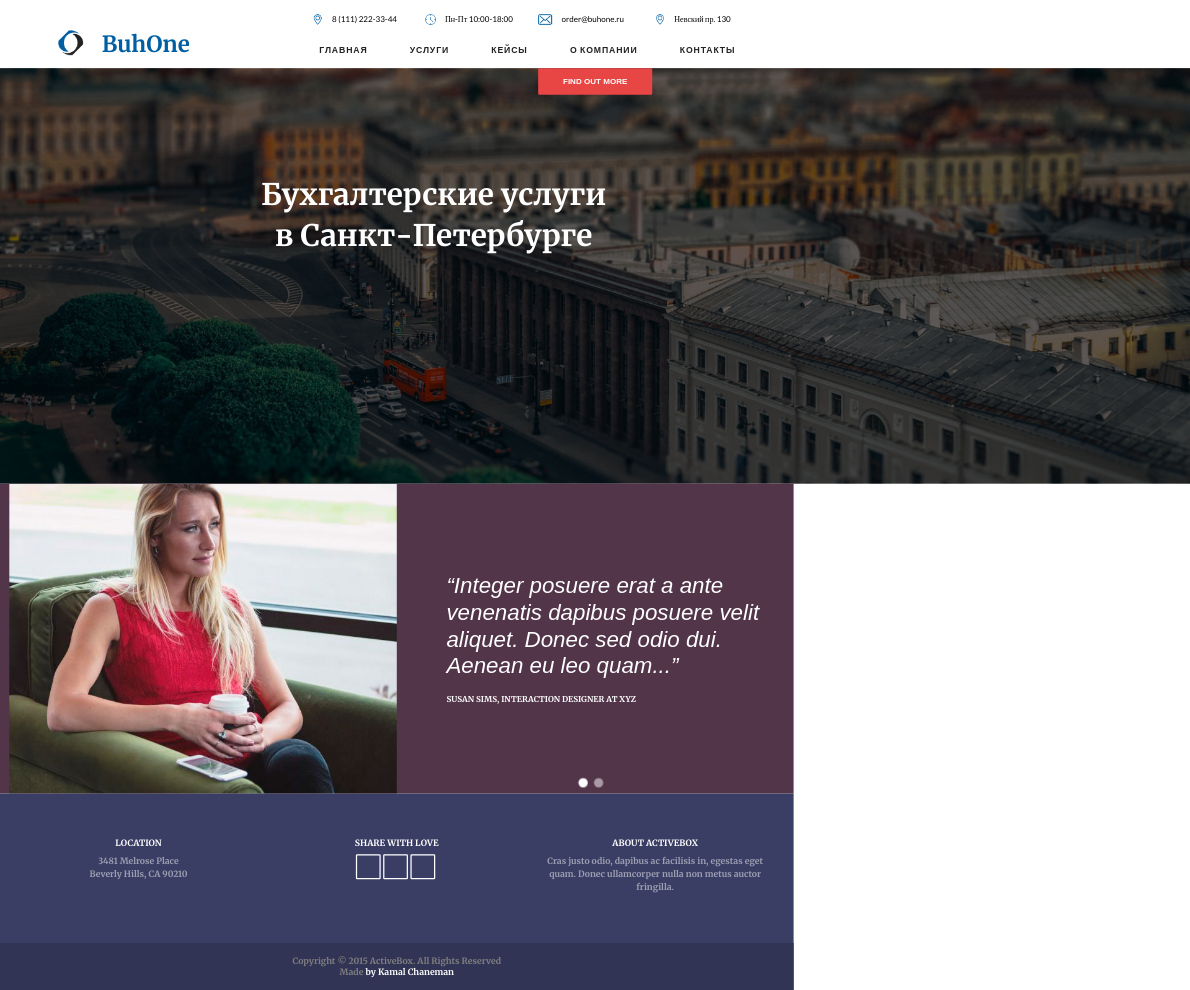
Repository: ZetsubouBilly/test
Page: index.html
The author's editor kept a copy of each file at every save. The page is drawn from the files as they stood at one save, then again after the next save.
The browser window is 1280 px wide. The page is 1920 px wide, so the pictures cover 1920 px, including what lies to the right of the window. The pictures show the whole page, at 62% of full size.

Above is the page before, as saved 2023-05-13 13:33:21.

After the next save:
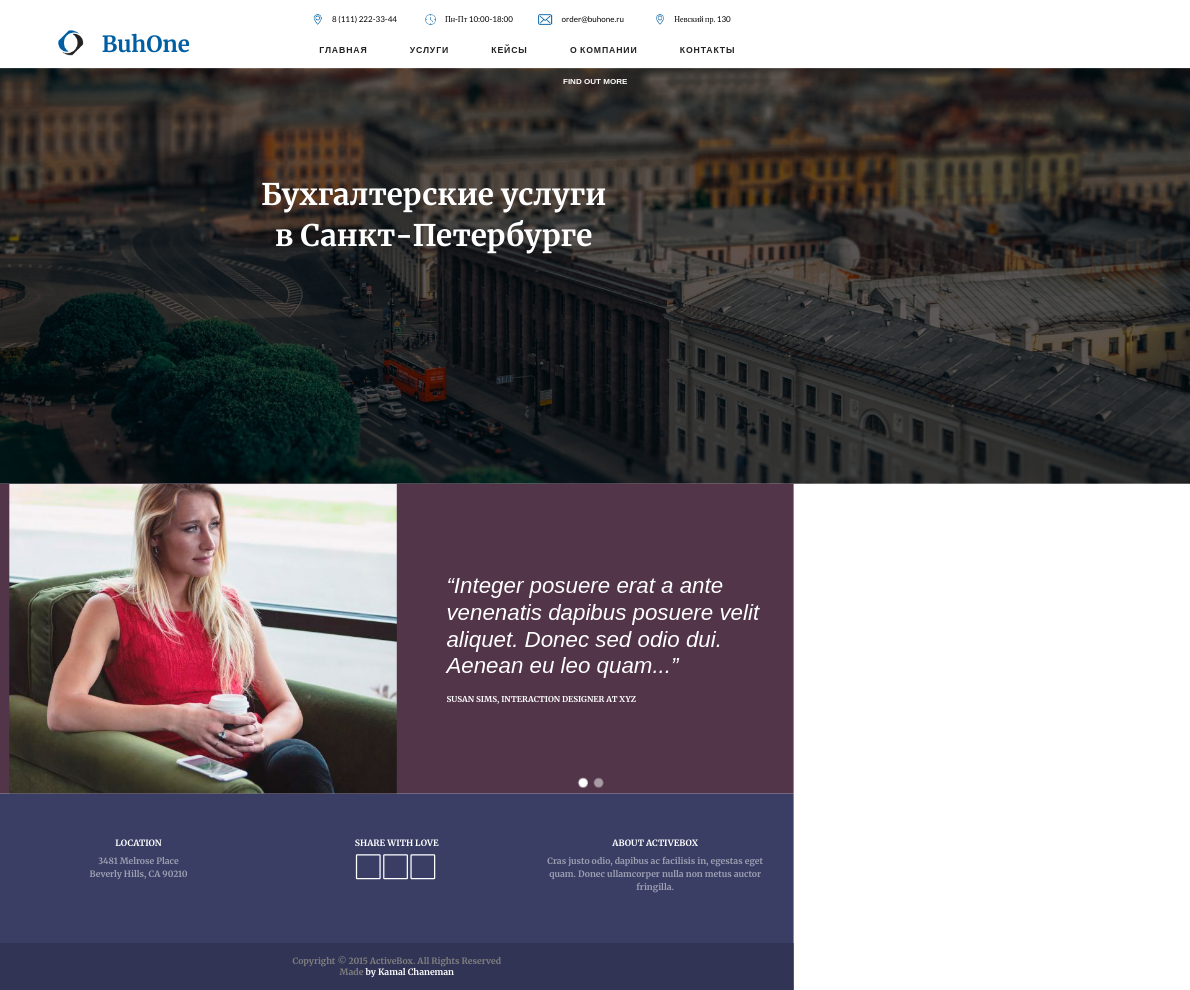
Saved 44 s later.
--- a/index.html
+++ b/index.html
@@ -85,7 +85,7 @@
         <div class="intro__inner">
              <h1 class="intro__title">Бухгалтерские услуги в Санкт-Петербурге</h1>
 
-                 <a class="btn  btn--red" href="">Find Out More</a>
+                 <a class="btn  btn--blue" href="">Find Out More</a>
         </div>
     </div>
 </div>

After the save that followed:
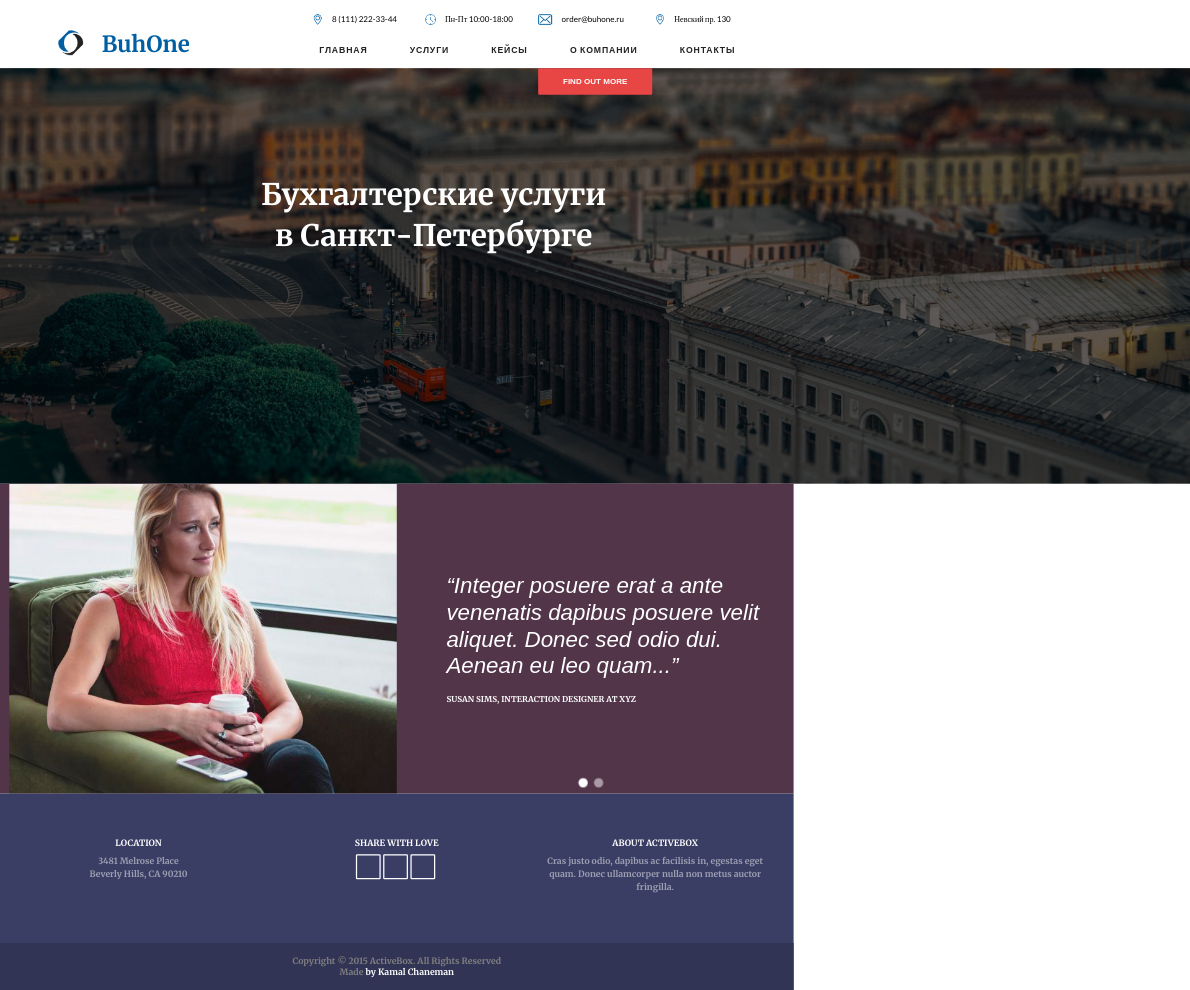
Saved 12 s later.
--- a/css/style.css
+++ b/css/style.css
@@ -240,7 +240,7 @@ p {
   transition: background 0.1s linear;
 }
 
-.btn--red {
+.btn--blue {
   background-color: #e84545;
 }
 
